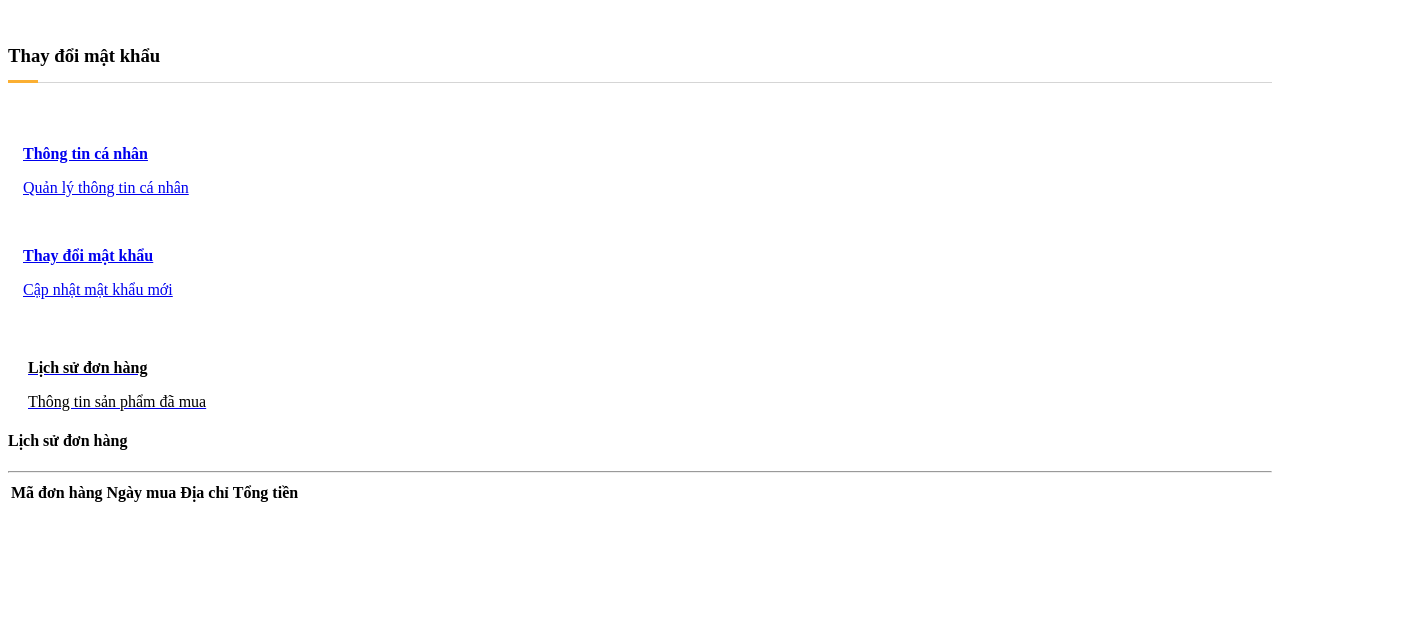
Repository: nguyengiabao245/NHOM3_C2
Page: http://localhost/DoAnJava/WEB-INF/views/order/list.jsp
The author's editor kept a copy of each file at every save. The page is drawn from the files as they stood at one save, then again after the next save.
The browser window is 1280 px wide. The page is 1408 px wide, so the pictures cover 1408 px, including what lies to the right of the window. The pictures show the whole page.
The page is served by Tomcat 9. Nobody is signed in. The template is opened directly, without the code that normally fills it, so the values that code supplies are empty.

Above is the page before, as saved 2022-05-12 09:14:26.

### DoAnJava/src/main/webapp/WEB-INF/views/order/list.jsp
<%@ page pageEncoding="utf-8"%>
<%@ taglib uri="http://java.sun.com/jstl/core_rt" prefix="c"%>
<%@ taglib uri="http://java.sun.com/jstl/fmt_rt" prefix="f"%>
<%@ taglib prefix="fmt" uri="http://java.sun.com/jsp/jstl/fmt"%>



<div class="container" style="margin-bottom: 25px;margin-top:100xpx">
	<br>

	<h3 class="title" style="font-weight: 700">Thay đổi mật khẩu</h3>
	<br>


	<div class="row">
		<div class="col-sm-4">

			<li class="nav-item2 " style="list-style-type: none;"><a
				class="nav-link collapsed" href="/account/edit"
				ata-toggle="collapse" id="i">
					<div class="row">
						<div class="col-sm-2">
							<i class="fas fa-info-circle"
								style="font-size: 30px; padding: 12px 5px; color: black;"></i>
						</div>
						<div class="col-sm-10" style="padding: 0px 15px;">
							<span> <b>Thông tin cá nhân</b>
								<p>Quản lý thông tin cá nhân</p>
							</span>
						</div>
					</div>
			</a></li>

			<li class="nav-item2 " style="list-style-type: none;"><a
				class="nav-link collapsed" href="/account/change"
				data-toggle="collapse" data-target="#collapseNews"
				aria-expanded="true" aria-controls="collapseNews">
					<div class="row">
						<div class="col-sm-2">
							<i class="fas fa-key"
								style="font-size: 30px; padding: 12px 5px; color: rgb(255, 208, 0);"></i>
						</div>
						<div class="col-sm-10" style="padding: 0px 15px;">
							<span> <b>Thay đổi mật khẩu</b>
								<p>Cập nhật mật khẩu mới</p>
							</span>
						</div>
					</div>
			</a></li>
			<div class="quan-li-thong-tin">
				<li class="nav-item2 active" style="list-style-type: none;"><a
					class="nav-link collapsed" href="/order/list"
					data-target="#collapseTwo" aria-expanded="true"
					aria-controls="collapseTwo">
						<div class="row">
							<div class="col-sm-2">
								<i class="fas fa-shopping-cart"
									style="font-size: 30px; padding: 12px 5px; color: brown;"></i>
							</div>
							<div class="col-sm-10" style="padding: 0px 15px;">
								<span> <b>Lịch sử đơn hàng</b>
									<p>Thông tin sản phẩm đã mua</p>
								</span>
							</div>
						</div>
				</a></li>
			</div>
		</div>

		<div class="col-sm-8">
			<div class="ct1">
				<div>
					<h4 style="font-weight: 600">Lịch sử đơn hàng</h4>
					<hr>
					<table class="table table-striped table-bordered table-hover" id="dataTables-example">
						<thead>
							<tr>
								<th>Mã đơn hàng</th>
								<th>Ngày mua</th>
								<th>Địa chỉ</th>
								<th>Tổng tiền</th>
								<th></th>
							</tr>
						</thead>
						<tbody>
							<c:forEach var="o" items="${orders}">
								<tr>
									<td>${o.id}</td>
									<td><fmt:formatDate type="both" dateStyle="short"
											timeStyle="short" value="${o.orderDate}" /></td>
									<td>${o.address }</td>
									<td><f:formatNumber value="${o.amount}" pattern="#,###" />
										VNĐ</td>
									<td><a href="/order/detail/${o.id}"
										class="btn btn-sm btn-warning"> Chi tiết </a></td>
								</tr>
							</c:forEach>

						</tbody>
					</table>
				</div>
			</div>
		</div>

	</div>
</div>




<style>
.dang-nhap {
	background-color: white;
	padding: 30px 120px;
	margin: 0 auto;
	width: 60%;
}

h3.title {
	margin-bottom: 10px;
	padding-bottom: 15px;
	border-bottom: 1px solid #d5d5d5;
	position: relative
}

h3.title:after {
	content: '';
	display: block;
	width: 30px;
	height: 3px;
	background-color: #fbaf32;
	position: absolute;
	left: 0;
	bottom: -1px
}

.title-h h3 {
	font-weight: bolder;
}

.quan-li-thong-tin .active {
	background-color: white;
	width: 110%;
	padding: 10px 5px 0px;
	border-radius: 5px;
}

.gach {
	background-color: blue;
	width: 100px;
}

.quan-li-thong-tin .active span {
	color: black;
}
</style>

After the next save:
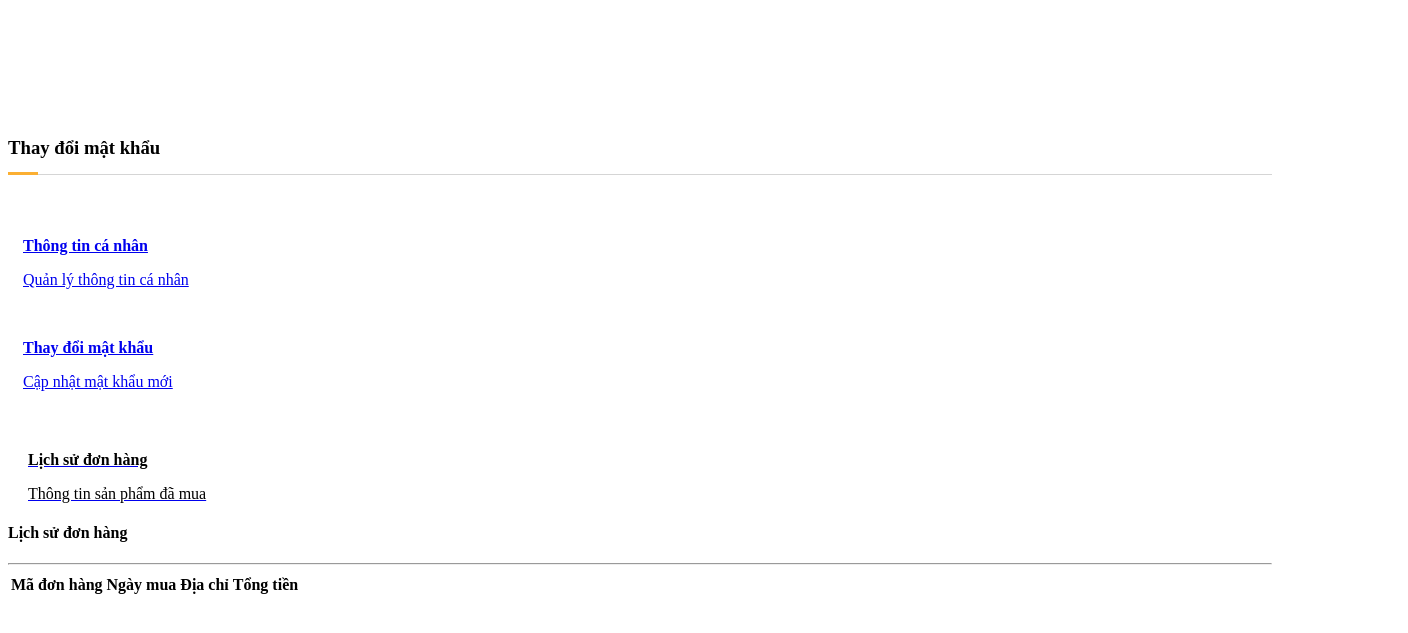
Saved 11 s later.
--- a/DoAnJava/src/main/webapp/WEB-INF/views/order/list.jsp
+++ b/DoAnJava/src/main/webapp/WEB-INF/views/order/list.jsp
@@ -5,7 +5,7 @@
 
 
 
-<div class="container" style="margin-bottom: 25px;margin-top:100xpx">
+<div class="container" style="margin-bottom: 25px;margin-top:100px">
 	<br>
 
 	<h3 class="title" style="font-weight: 700">Thay đổi mật khẩu</h3>
